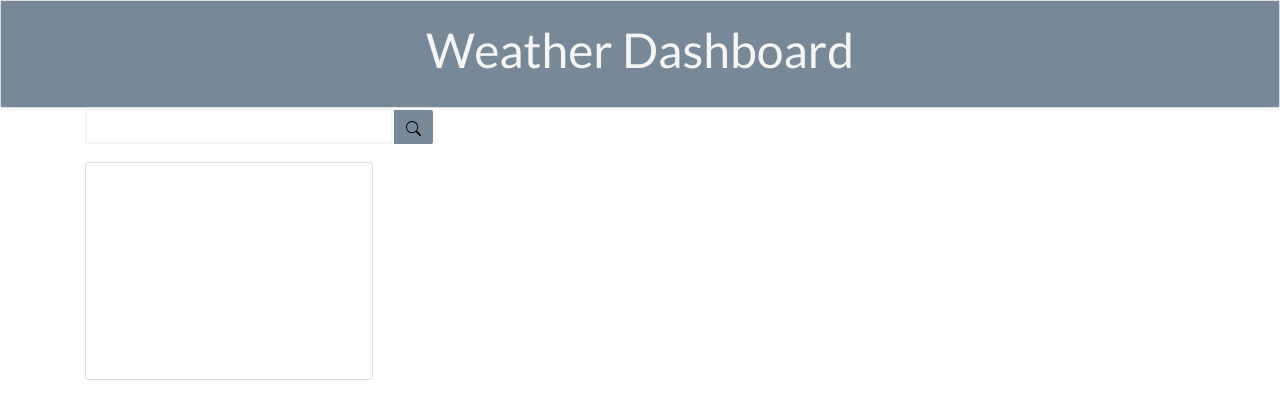
Repository: himaja830/Weather-Dashboard
Page: index.html
The author's editor kept a copy of each file at every save. The page is drawn from the files as they stood at one save, then again after the next save.
The browser window is 1280 px wide. The pictures show the whole page.
Some web libraries are served in a nearby version.

Above is the page before, as saved 2020-06-26 15:54:15.

### index.html
<!DOCTYPE html>
<html lang="en">

<head>
    <meta charset="UTF-8">
    <meta name="viewport" content="width=device-width, initial-scale=1.0">
    <title>Weathe Dashboard</title>
    <link rel="stylesheet" href="https://stackpath.bootstrapcdn.com/bootstrap/4.3.1/css/bootstrap.min.css" />
    <link href="https://stackpath.bootstrapcdn.com/bootswatch/4.5.0/flatly/bootstrap.min.css" rel="stylesheet"
        integrity="sha384-mhpbKVUOPCSocLzx2ElRISIORFRwr1ZbO9bAlowgM5kO7hnpRBe+brVj8NNPUiFs" crossorigin="anonymous">
    <link rel="stylesheet" href="https://use.fontawesome.com/releases/v5.8.1/css/all.css"
        integrity="sha384-50oBUHEmvpQ+1lW4y57PTFmhCaXp0ML5d60M1M7uH2+nqUivzIebhndOJK28anvf" crossorigin="anonymous" />
    <link rel="stylesheet" href="assets/style.css">
</head>
<body>
<div class="card">
    <div class="card-body">
        <h1>Weather Dashboard</h1>
    </div>
</div>
<div class="container">
    <div class="row">
       <div class="col-sm-4">
        <div class="input-group mb-3">
            <input type="text" class="form-control"  aria-label="" aria-describedby="button-addon2">
            <div class="input-group-append">
              <button class="btn btn-outline-secondary" type="button" id="button-addon2"><svg class="bi bi-search" width="1em" height="1em" viewBox="0 0 16 16" fill="currentColor" xmlns="http://www.w3.org/2000/svg">
                <path fill-rule="evenodd" d="M10.442 10.442a1 1 0 0 1 1.415 0l3.85 3.85a1 1 0 0 1-1.414 1.415l-3.85-3.85a1 1 0 0 1 0-1.415z"/>
                <path fill-rule="evenodd" d="M6.5 12a5.5 5.5 0 1 0 0-11 5.5 5.5 0 0 0 0 11zM13 6.5a6.5 6.5 0 1 1-13 0 6.5 6.5 0 0 1 13 0z"/>
              </svg>
            </button>
            </div>
          </div>
          <div class="card" style="width: 18rem;" id="#searchList">
            <ul class="list-group list-group-flush">
              <li class="list-group-item"></li>
              <li class="list-group-item"></li>
              <li class="list-group-item"></li>
              <li class="list-group-item"></li>
              <li class="list-group-item"></li>
              <li class="list-group-item"></li>
              <li class="list-group-item"></li>
              <li class="list-group-item"></li>
              <li class="list-group-item"></li>
            </ul>
          </div>
      </div>
      <div class="col-sm-8">
    </div>
</div>
</div>
</body>

</html>

### assets/style.css
.card-body {
    background-color: lightslategray;
    text-align: center;
    color:whitesmoke;
}
.btn-outline-secondary {
    color:black;
    background-color: lightslategray;
    border: 2px solid white;

}
.form-control {
    border: 2px solid whitesmoke;
}
#searchList{
    width: 5px;
}

After the next save:
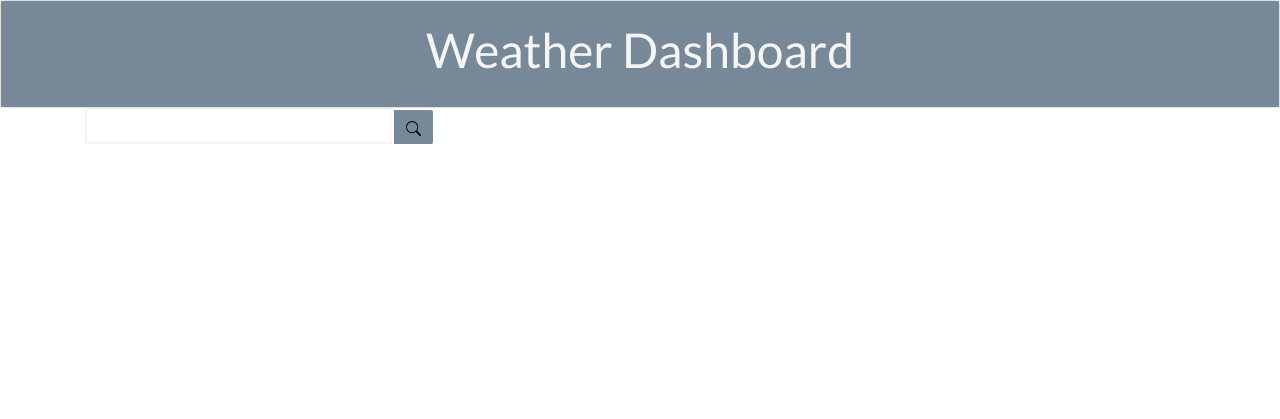
Saved 2 min 25 s later.
--- a/index.html
+++ b/index.html
@@ -31,20 +31,7 @@
             </button>
             </div>
           </div>
-          <div class="card" style="width: 18rem;" id="#searchList">
-            <ul class="list-group list-group-flush">
-              <li class="list-group-item"></li>
-              <li class="list-group-item"></li>
-              <li class="list-group-item"></li>
-              <li class="list-group-item"></li>
-              <li class="list-group-item"></li>
-              <li class="list-group-item"></li>
-              <li class="list-group-item"></li>
-              <li class="list-group-item"></li>
-              <li class="list-group-item"></li>
-            </ul>
           </div>
-      </div>
       <div class="col-sm-8">
     </div>
 </div>
